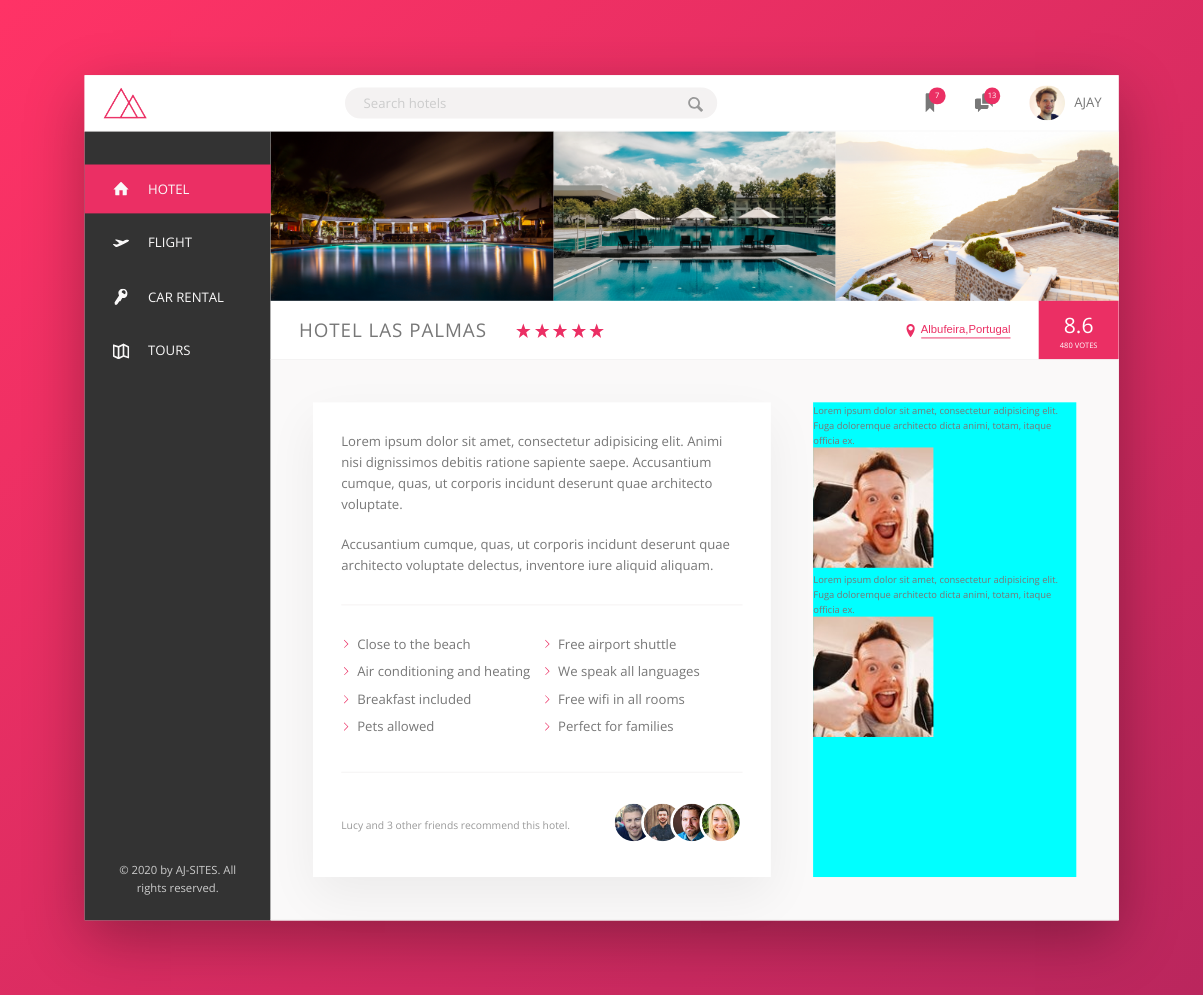
Repository: ajayaj2001/modern-Hotel
Page: /
These files come from the project's save history. The page is drawn as it stood at one moment and after the next save; the edit follows.
The browser window is 1280 px wide. The pictures show the whole page, at 94% of full size.
The project was rebuilt for these pictures with package versions that can differ from the ones it lists, and the page was loaded fresh each time. Also part of the build but not shown: src/hotel-view/detail/review/Review.scss.

Above is the page before, as saved 2020-12-13 23:44:57.

### public/index.html
<!DOCTYPE html>
<html lang="en">

<head>
  <meta charset="utf-8" />
  <link rel="icon" href="%PUBLIC_URL%/favicon.ico" />
  <meta name="viewport" content="width=device-width, initial-scale=1" />
  <meta name="theme-color" content="#000000" />
  <meta name="description" content="Web site created using create-react-app" />
  <link rel="apple-touch-icon" href="%PUBLIC_URL%/logo192.png" />
  <link rel="preconnect" href="https://fonts.gstatic.com">
  <link href="https://fonts.googleapis.com/css2?family=Open+Sans:wght@300;400;600&display=swap" rel="stylesheet">
  <!--
      manifest.json provides metadata used when your web app is installed on a
      user's mobile device or desktop. See https://developers.google.com/web/fundamentals/web-app-manifest/
    -->
  <link rel="manifest" href="%PUBLIC_URL%/manifest.json" />
  <!--
      Notice the use of %PUBLIC_URL% in the tags above.
      It will be replaced with the URL of the `public` folder during the build.
      Only files inside the `public` folder can be referenced from the HTML.

      Unlike "/favicon.ico" or "favicon.ico", "%PUBLIC_URL%/favicon.ico" will
      work correctly both with client-side routing and a non-root public URL.
      Learn how to configure a non-root public URL by running `npm run build`.
    -->
  <title>React App</title>
</head>

<body>
  <noscript>You need to enable JavaScript to run this app.</noscript>
  <div id="root"></div>
  <!--
      This HTML file is a template.
      If you open it directly in the browser, you will see an empty page.

      You can add webfonts, meta tags, or analytics to this file.
      The build step will place the bundled scripts into the <body> tag.

      To begin the development, run `npm start` or `yarn start`.
      To create a production bundle, use `npm run build` or `yarn build`.
    -->
</body>

</html>

### src/index.js
import React from 'react';
import ReactDOM from 'react-dom';
import './index.scss';
import App from '../src/app/App';

ReactDOM.render(
  <React.StrictMode>
    <App />
  </React.StrictMode>,
  document.getElementById('root')
);

### src/index.scss
@import "../src/scss/reuse.scss";
* {
  margin: 0;
  padding: 0;
}
:root {
  --color-primary: #eb2f64;
  --color-primary-light: #ff3366;
  --color-primary-dark: #ba265d;

  --color-gray-light-1: #faf9f9;
  --color-gray-light-2: #f4f2f2;
  --color-gray-light-3: #f0eeee;
  --color-gray-light-4: #ccc;

  --color-gray-dark-1: #333;
  --color-gray-dark-2: #777;
  --color-gray-dark-3: #999;

  --line: 1px solid var(--color-gray-light-2);
  --shadow-light: 0 2rem 5rem rgba(0, 0, 0, 0.06);
}
*,
*::before,
*::after {
  box-sizing: inherit;
}
html {
  box-sizing: border-box;
  font-size: 62.5%; //1rem=10px 10px/16px=62.5%
}
body {
  font-family: "Open Sans", sans-serif;
  -webkit-font-smoothing: antialiased;
  -moz-osx-font-smoothing: grayscale;
  font-family: "Open Sans", sans-serif;
  font-weight: 400;
  line-height: 1.6;
  background-image: linear-gradient(to right bottom, var(--color-primary-light), var(--color-primary-dark));
  background-size: cover;
  background-repeat: no-repeat;
  min-height: 100vh;
  color: var(--color-gray-dark-2);
}

### src/app/App.js
import React from 'react';
import Header from '../header/Header';
import Navigation from '../navigation/Navigation'
import Hotelview from '../hotel-view/Hotelview'
import './App.scss';
function App() {
  return (
    <div className="container">
      <Header />
      <div className="content">
        <Navigation />
        <Hotelview />
      </div>
    </div>
  );
}

export default App;

### src/scss/reuse.scss
// variables

// $primary: #eb2f64;
// $primary-light: #ff3366;
// $primary-dark: #ba265d;

// $gray-light-1: #faf9f9;
// $gray-light-2: #f4f2f2;
// $gray-light-3: #f0eeee;

// $gray-dark-1: #333;
// $gray-dark-2: #777;
// $gray-dark-3: #999;

### src/header/Header.js
import React from 'react'
import './Header.scss';
import logo from '../img/logo.png';
import user from '../img/user.jpg';
import svg from '../img/sprite.svg'
const Header = () => {
    return (
        <div className="header">
            <img src={logo} alt="logo" className="logo" />

            <form action="#" className="search">
                <input type="text" className="search__input" placeholder="Search hotels" />
                <button className="search__button">
                    <svg className="search__icon">
                        <use xlinkHref={`${svg}#icon-magnifying-glass`}></use>
                    </svg>
                </button>
            </form>
            <nav className="user-nav">
                <div className="user-nav__icon-box">
                    <svg className="user-nav__icon">
                        <use xlinkHref={`${svg}#icon-bookmark`}></use>
                    </svg>
                    <span className="user-nav__notification">7</span>
                </div>
                <div className="user-nav__icon-box">
                    <svg className="user-nav__icon">
                        <use xlinkHref={`${svg}#icon-chat`}></use>
                    </svg>
                    <span className="user-nav__notification">13</span>
                </div>
                <div className="user-nav__user">
                    <img src={user} alt="user-profile" className="user-nav__user-photo" />
                    <span className="user-nav__user-name">AJAY</span>
                </div>
            </nav>
        </div>
    )
}

export default Header

### src/navigation/Navigation.js
import React from 'react'
import './Navigation.scss'
import svg from '../img/sprite.svg'
const Navigation = () => {
    return (
        <React.Fragment>
            <nav className="sidebar">
                <ul className="side-nav">
                    <li className="side-nav__item side-nav__item--active">
                        <a href="#home" className="side-nav__link">
                            <svg className="side-nav__icon">
                                <use xlinkHref={`${svg}#icon-home`}></use>
                            </svg>
                            <span className="side-nav__text">hotel</span>
                        </a>
                    </li>
                    <li className="side-nav__item">
                        <a href="#flight" className="side-nav__link">
                            <svg className="side-nav__icon">
                                <use xlinkHref={`${svg}#icon-aircraft-take-off`}></use>
                            </svg>
                            <span className="side-nav__text">flight</span>
                        </a>
                    </li>
                    <li className="side-nav__item">
                        <a href="#car-rental" className="side-nav__link">
                            <svg className="side-nav__icon">
                                <use xlinkHref={`${svg}#icon-key`}></use>
                            </svg>
                            <span className="side-nav__text">car rental</span>
                        </a>
                    </li>
                    <li className="side-nav__item">
                        <a href="#tours" className="side-nav__link">
                            <svg className="side-nav__icon">
                                <use xlinkHref={`${svg}#icon-map`}></use>
                            </svg>
                            <span className="side-nav__text">tours</span>
                        </a>
                    </li>
                </ul>
                <div className="legal">
                    &copy; 2020 by AJ-SITES. All rights reserved.
                </div>
            </nav>
        </React.Fragment>
    )
}

export default Navigation

### src/hotel-view/Hotelview.js
import React from 'react'
import Detail from './detail/Detail'
import './Hotelview.scss'
import Overview from './overview/Overview'
const Hotelview = () => {
    return (
        <React.Fragment>
            <main className="hotelview">
                <Overview />
                <Detail />
            </main>
        </React.Fragment>
    )
}

export default Hotelview

### src/app/App.scss
.container {
    max-width: 110rem;
    margin: 8rem auto;
    background-color: var(--color-gray-light-2);
    box-shadow: 0 2rem 6rem rgba(black, 0.3);
    min-height: 50rem;
}
.content {
    display: flex;
}

### src/header/Header.scss
.header {
    height: 6rem;
    background-color: #fff;
    border-bottom: var(--line);
    display: flex;
    justify-content: space-between;
    align-items: center;
}
.logo {
    height: 3.25rem;
    margin-left: 2rem;
}
.search {
    display: flex;
    flex: 0 0 40%;
    align-items: center;
    justify-content: center;

    &__input {
        font-family: inherit;
        font-size: 1.4rem;
        color: inherit;
        background-color: var(--color-gray-light-2);
        border: none;
        padding: 0.7rem 2rem;
        border-radius: 10rem;
        width: 90%;
        transition: all 0.3s;
        margin-right: -3.25rem;
        &:focus {
            outline: none;
            width: 100%;
            background-color: var(--color-gray-light-3);
        }
        &::-webkit-input-placeholder {
            font-weight: 100;
            color: var(--color-gray-light-4);
        }
    }
    &__input:focus + &__button {
        background-color: var(--color-gray-light-3);
    }
    &__button {
        height: 2.8rem;
        border: none;
        background-color: var(--color-gray-light-2);
        &:focus {
            outline: none;
        }
        &:active {
            transform: translateY(2px);
        }
    }
    &__icon {
        height: 3rem;
        width: 2rem;
        fill: var(--color-gray-dark-3);
    }
}

.user-nav {
    align-self: stretch;
    display: flex;
    align-items: center;
    cursor: pointer;
    & > * {
        height: 100%;
        padding: 0 1.8rem;
        display: flex;
        align-items: center;
    }
    & > *:hover {
        background-color: var(--color-gray-light-2);
    }
    &__icon-box {
        position: relative;
    }
    &__icon {
        height: 2.25rem;
        width: 2.25rem;
        fill: var(--color-gray-dark-2);
    }
    &__notification {
        font-size: 0.8rem;
        height: 1.75rem;
        width: 1.75rem;
        border-radius: 50%;
        background-color: var(--color-primary);
        color: #fff;
        position: absolute;
        top: 1.3rem;
        right: 1.3rem;
        display: flex;
        justify-content: center;
        align-items: center;
    }
    &__user-photo {
        height: 3.75rem;
        border-radius: 50%;
        margin-right: 1rem;
    }
    &__user-name {
        font-size: 1.4rem;
    }
}

### src/navigation/Navigation.scss
.sidebar {
    background-color: var(--color-gray-dark-1);
    flex: 0 0 18%;
    display: flex;
    flex-direction: column;
    justify-content: space-between;
}
.side-nav {
    font-size: 1.4rem;
    list-style: none;
    margin-top: 3.5rem;
    &__item {
        position: relative;
        &:not(:last-child) {
            margin-bottom: 0.5rem;
        }
    }
    &__item::before {
        content: "";
        position: absolute;
        top: 0;
        left: 0;
        height: 100%;
        width: 3px;
        background-color: var(--color-primary);
        transform: scaleY(0);
        transition: transform 0.2s, width 0.4s cubic-bezier(1, 0, 0, 1) 0.2s, background-color 0.1s;
    }
    &__item:hover::before,
    &__item--active::before {
        transform: scaleY(1);
        width: 100%;
    }
    &__item:active::before {
        background-color: var(--color-primary-light);
    }
    &__link:link,
    &__link:visited {
        position: relative;
        color: var(--color-gray-light-1);
        text-decoration: none;
        text-transform: uppercase;
        display: block;
        padding: 1.5rem 3rem;
        display: flex;
        align-items: center;
        z-index: 20;
    }
    &__icon {
        width: 1.75rem;
        height: 1.75rem;
        fill: currentColor;
        margin-right: 2rem;
    }
}
.legal {
    font-size: 1.2rem;
    text-align: center;
    padding: 2.5rem;
    color: var(--color-gray-light-4);
}

### src/hotel-view/detail/Detail.js
import React from 'react'
import './Detail.scss'
import Review from './review/Review'
import frnd1 from '../../img/user-3.jpg'
import frnd2 from '../../img/user-4.jpg'
import frnd3 from '../../img/user-5.jpg'
import frnd4 from '../../img/user-6.jpg'
const Detail = () => {
    return (
        <div className="detail">
            <div className="description">
                <p className="paragraph">
                    Lorem ipsum dolor sit amet, consectetur adipisicing elit. Animi nisi
                    dignissimos debitis ratione sapiente saepe. Accusantium cumque, quas, ut corporis
                    incidunt deserunt quae architecto voluptate.
                </p>
                <p className="paragraph">
                    Accusantium cumque, quas, ut corporis incidunt deserunt quae architecto voluptate
                    delectus, inventore iure aliquid aliquam.
                </p>
                <ul className="list">
                    <li className="list__item">Close to the beach</li>
                    <li className="list__item">Free airport shuttle</li>
                    <li className="list__item">Air conditioning and heating</li>
                    <li className="list__item">We speak all languages</li>
                    <li className="list__item">Breakfast included</li>
                    <li className="list__item">Free wifi in all rooms</li>
                    <li className="list__item">Pets allowed</li>
                    <li className="list__item">Perfect for families</li>
                </ul>
                <div className="recommend">
                    <p className="recommend__count">Lucy and 3 other friends recommend this hotel.</p>
                    <div className="recommend__friends">
                        <img src={frnd1} alt="friends" className="recommend__photo" />
                        <img src={frnd2} alt="friends" className="recommend__photo" />
                        <img src={frnd3} alt="friends" className="recommend__photo" />
                        <img src={frnd4} alt="friends" className="recommend__photo" />
                    </div>
                </div>
            </div>
            <figure className="user-review">
                <Review />
                <Review />
            </figure>
        </div>
    )
}

export default Detail

### src/hotel-view/Hotelview.scss
.hotelview {
    background-color: #fff;
    flex: 1;
}

### src/hotel-view/overview/Overview.js
import React from 'react'
import './Overview.scss'
import hotel1 from '../../img/hotel-1.jpg'
import hotel2 from '../../img/hotel-2.jpg'
import hotel3 from '../../img/hotel-3.jpg'
import svg from '../../img/sprite.svg'
const Overview = () => {
    return (
        <React.Fragment>
            <div className="gallery">
                <figure className="gallery__item">
                    <img src={hotel1} alt="hotel building" className="gallery__photo" />
                </figure>
                <figure className="gallery__item">
                    <img src={hotel2} alt="hotel building" className="gallery__photo" />
                </figure>
                <figure className="gallery__item">
                    <img src={hotel3} alt="hotel building" className="gallery__photo" />
                </figure>
            </div>
            <div className="overview">
                <h1 className="overview__heading">
                    HOTEL LAS PALMAS
                </h1>
                <div className="overview__stars">
                    <svg className="overview__icon-star">
                        <use xlinkHref={`${svg}#icon-star`}></use>
                    </svg>
                    <svg className="overview__icon-star">
                        <use xlinkHref={`${svg}#icon-star`}></use>
                    </svg>
                    <svg className="overview__icon-star">
                        <use xlinkHref={`${svg}#icon-star`}></use>
                    </svg>
                    <svg className="overview__icon-star">
                        <use xlinkHref={`${svg}#icon-star`}></use>
                    </svg>
                    <svg className="overview__icon-star">
                        <use xlinkHref={`${svg}#icon-star`}></use>
                    </svg>
                </div>
                <div className="overview__location">
                    <svg className="overview__icon-location">
                        <use xlinkHref={`${svg}#icon-location-pin`}></use>
                    </svg>
                    <button className="btn-inline">Albufeira,Portugal</button>
                </div>
                <div className="overview__rating">
                    <div className="overview__rating-average">8.6</div>
                    <div className="overview__rating-count">480 votes</div>
                </div>
            </div>
        </React.Fragment>
    )
}

export default Overview

### src/hotel-view/detail/Detail.scss
.detail {
    display: flex;
    padding: 4.5rem;
    background-color: var(--color-gray-light-1);
    border-bottom: var(--line);
}
.description {
    flex: 0 0 60%;
    background-color: #fff;
    margin-right: 4.5rem;
    box-shadow: var(--shadow-light);
    padding: 3rem;
    font-size: 1.4rem;
}
.user-review {
    flex: 1;
    background-color: aqua;
}
.paragraph:not(:last-of-type) {
    margin-bottom: 2rem;
}
.list {
    margin: 3rem 0;
    list-style: none;
    padding: 3rem 0;
    border-top: var(--line);
    border-bottom: var(--line);
    display: flex;
    flex-wrap: wrap;
    &__item {
        width: 50%;
        margin-bottom: 0.7rem;
    }
    &__item::before {
        content: "";
        display: inline-block;
        height: 1rem;
        width: 1rem;
        margin-right: 0.7rem;
        // background-image: url(../../img/chevron-thin-right.svg);
        // background-size: cover;
        background-color: var(--color-primary);
        -webkit-mask-image: url(../../img/chevron-thin-right.svg);
        -webkit-mask-size: cover;
        mask-image: url(../../img/chevron-thin-right.svg);
        mask-size: cover;
    }
}
.recommend {
    font-size: 1.1rem;
    color: var(--color-gray-dark-3);
    display: flex;
    align-items: center;
    // justify-content: space-between;
    &__count {
        margin-right: auto;
    }
    &__photo {
        box-sizing: content-box;
        height: 4rem;
        width: 4rem;
        border-radius: 50%;
        border: 3px solid #fff;
        &:not(:last-child) {
            margin-right: -1.5rem;
        }
    }
}

### src/hotel-view/detail/review/Review.js
import React from 'react'
import './Review.scss'
import user from '../../../img/user-1.jpg'
const Review = (props) => {
    return (
        <React.Fragment>
            <figure className="review" >
                <blockquote className="review__text">
                    Lorem ipsum dolor sit amet, consectetur adipisicing elit.
                    Fuga doloremque architecto dicta animi, totam, itaque officia ex.
                    {props.text}
                </blockquote>
                <figcaption className="review__user">
                    <img src={user} alt="reviewer" className="review__photo" />
                    <div className="review__user-box">
                        <p className="review__user-name">{props.name}</p>
                        <p className="review__user-date">{props.date}</p>
                    </div>
                    <div className="review__rating">{props.rating}</div>
                </figcaption>
            </figure>
        </React.Fragment>
    )
}

export default Review

### src/hotel-view/overview/Overview.scss
.gallery {
    display: flex;
    &__photo {
        width: 100%;
        display: block;
    }
}

.overview {
    background-color: white;
    display: flex;
    align-items: center;
    border-bottom: var(--line);
    &__heading {
        font-size: 2rem;
        font-weight: 300;
        text-transform: uppercase;
        letter-spacing: 1px;
        padding: 1.5rem 3rem;
    }
    &__stars {
        margin-right: auto;
        display: flex;
    }
    &__icon-star,
    &__icon-location {
        width: 1.75rem;
        height: 1.75rem;
        fill: var(--color-primary);
        margin-right: 0.2rem;
    }
    &__location {
        font-size: 1.2rem;
        display: flex;
        align-items: center;
    }
    &__rating {
        align-self: stretch;
        align-items: center;
        background-color: var(--color-primary);
        padding: 0 2.25rem;
        color: #fff;

        display: flex;
        flex-direction: column;
        align-items: center;
        justify-content: center;
        margin-left: 3rem;
        &-average {
            font-size: 2.25rem;
            font-weight: 300;
            margin-bottom: -3px;
        }
        &-count {
            font-size: 0.8rem;
            text-transform: uppercase;
        }
    }
}

.btn-inline {
    border: none;
    color: var(--color-primary);
    font-size: inherit;
    border-bottom: 1px solid currentColor;
    padding-bottom: 2px;
    display: inline-block;
    background-color: transparent;
    cursor: pointer;
    transition: all 0.2s;
    &:hover {
        color: var(--color-gray-dark-1);
    }

    &:focus {
        outline: none;
        animation: pulsate 1s infinite;
    }
}

@keyframes pulsate {
    0% {
        transform: scale(1);
        box-shadow: none;
    }
    50% {
        transform: scale(1.03);
        box-shadow: 0 1rem 1rem rgba(0, 0, 0, 0.25);
    }
    100% {
        transform: scale(1);
        box-shadow: none;
    }
}

After the next save:
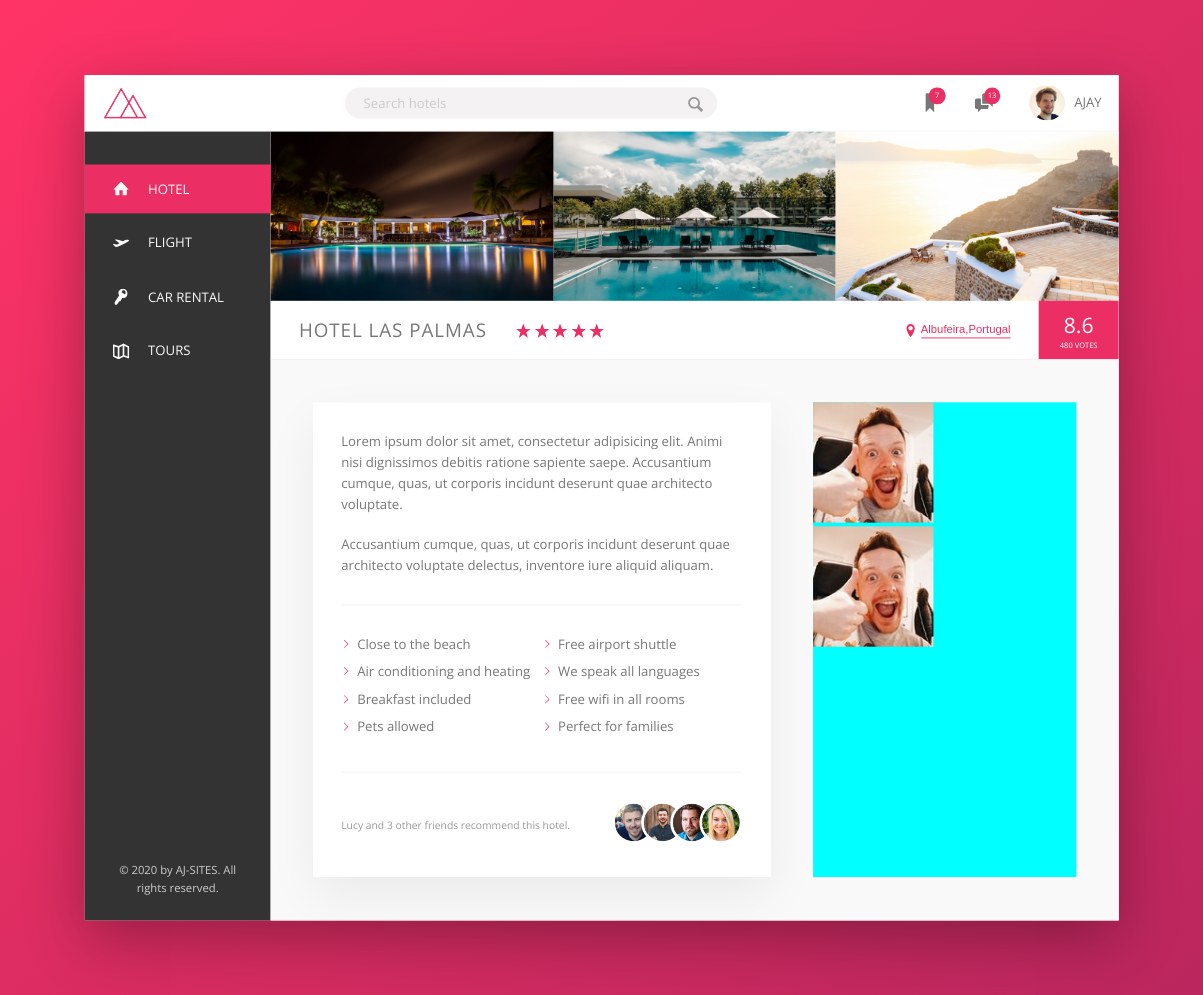
Saved 8 s later.
--- a/src/hotel-view/detail/review/Review.js
+++ b/src/hotel-view/detail/review/Review.js
@@ -6,8 +6,6 @@ const Review = (props) => {
         <React.Fragment>
             <figure className="review" >
                 <blockquote className="review__text">
-                    Lorem ipsum dolor sit amet, consectetur adipisicing elit.
-                    Fuga doloremque architecto dicta animi, totam, itaque officia ex.
                     {props.text}
                 </blockquote>
                 <figcaption className="review__user">
